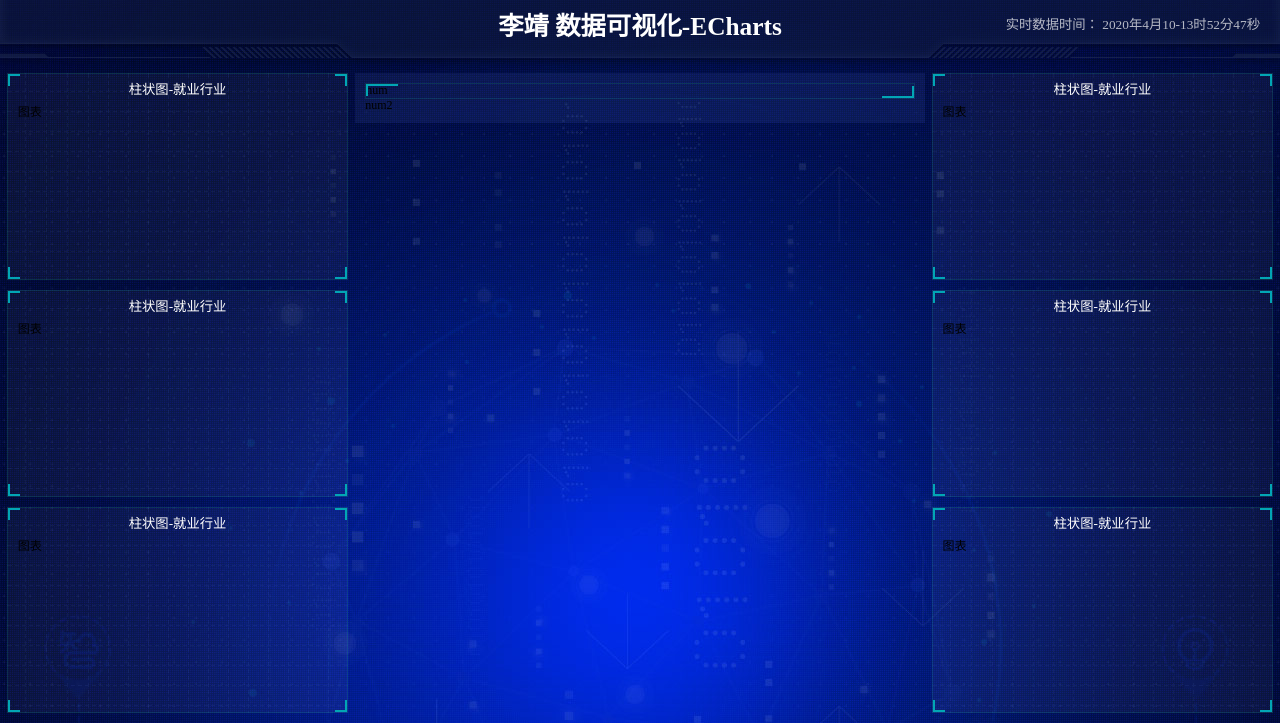
Repository: Jasonlee6789/ECharts
Page: Echarts/index.html
These files come from the project's save history. The page is drawn as it stood at one moment and after the next save; the edit follows.
The browser window is 1280 px wide. The pictures show the whole page.
The style sheet was rebuilt from its Sass, Less or Tailwind sources for each picture, by a compiler version that may differ from the author's.

Above is the page before, as saved 2020-05-21 16:22:03.
Console error: ReferenceError: tme is not defined

### Echarts/index.html
<!DOCTYPE html>
<html lang="en">

<head>
    <meta charset="UTF-8">
    <meta name="viewport" content="width=device-width, initial-scale=1.0">
    <title>ECharts-Jing</title>
    <link rel="stylesheet" href="css/index.css">

</head>

<body>
    <script src="flexible.js"></script>
    <header>
        <h1>李靖 数据可视化-ECharts</h1>
        <div class="showTime"></div>
        <script>
            var t = null;
            t = setTimeout(time, 1000); // start running time
            function time() {
                clearTimeout(t); //清除定时器
                dt = new Date();
                var y = dt.getFullYear();
                var mt = dt.getMonth() + 1;
                var day = dt.getDate();
                var h = dt.getHours();
                var m = dt.getMinutes();
                var s = dt.getSeconds();
                document.querySelector(".showTime").innerHTML = "实时数据时间： " + y + "年" + mt + "月" +
                    day + "-" + h + "时" + m + "分" + s + "秒";
                t = setTimeout(tme, 1000); //设置定时器，循环运行
            }
        </script>
    </header>
    <div class="mainbox">
        <div class="column">
            <div class="panel bar">
                <h2>柱状图-就业行业</h2>
                <div class="chart">图表</div>
                <div class="panel-footer"></div>
            </div>
            <div class="panel line">
                <h2>柱状图-就业行业</h2>
                <div class="chart">图表</div>
                <div class="panel-footer"></div>
            </div>
            <div class="panel pie">
                <h2>柱状图-就业行业</h2>
                <div class="chart">图表</div>
                <div class="panel-footer"></div>
            </div>
        </div>

        <div class="column">
            <!-- num模块制作 -->
            <div class="no">
                <div class="no-hd">
                    num
                </div>
                <div class="no-bd">
                    num2
                </div>
            </div>
        </div>

        <div class="column">
            <div class="panel bar">
                <h2>柱状图-就业行业</h2>
                <div class="chart">图表</div>
                <div class="panel-footer"></div>
            </div>
            <div class="panel line">
                <h2>柱状图-就业行业</h2>
                <div class="chart">图表</div>
                <div class="panel-footer"></div>
            </div>
            <div class="panel pie">
                <h2>柱状图-就业行业</h2>
                <div class="chart">图表</div>
                <div class="panel-footer"></div>
            </div>
        </div>
    </div>


</body>

</html>

### Echarts/js/flexible.js
(function flexible(window, document) {
    var docEl = document.documentElement;
    var dpr = window.devicePixelRatio || 1;

    // adjust body font size
    function setBodyFontSize() {
        if (document.body) {
            document.body.style.fontSize = 12 * dpr + "px";
        } else {
            document.addEventListener("DOMContentLoaded", setBodyFontSize);
        }
    }
    setBodyFontSize();

    // set 1rem = viewWidth / 10 （默认屏幕划分10等份 1920/24=80）
    function setRemUnit() {
        var rem = docEl.clientWidth / 24;
        docEl.style.fontSize = rem + "px";
    }

    setRemUnit();

    // reset rem unit on page resize
    window.addEventListener("resize", setRemUnit);
    window.addEventListener("pageshow", function (e) {
        if (e.persisted) {
            setRemUnit();
        }
    });

    // detect 0.5px supports
    if (dpr >= 2) {
        var fakeBody = document.createElement("body");
        var testElement = document.createElement("div");
        testElement.style.border = ".5px solid transparent";
        fakeBody.appendChild(testElement);
        docEl.appendChild(fakeBody);
        if (testElement.offsetHeight === 1) {
            docEl.classList.add("hairlines");
        }
        docEl.removeChild(fakeBody);
    }
})(window, document);

### Echarts/css/index.less
// css 初始化
* {
    margin: 0;
    padding: 0;
    box-sizing: border-box;
}

.box {
    width: 1rem;
    height: 1rem;
    background-color: pink;
}

// li {
//     list-style: none;
// }

// /* 声明字体*/
// @font-face {
//     font-family: electronicFont;
//     src: url(../font/DS-DIGIT.TTF);
// }

body {
    background: url(../images/bg.jpg) no-repeat top center;
    line-height: 1.15;
}

header {
    position: relative;
    height: 1.25rem;
    background: url(../images/head_bg.png) no-repeat;
    background-size: 100% 100%;

    h1 {
        font-size: 0.475rem;
        color: #fff;
        text-align: center;
        line-height: 1rem;
    }

    .showTime {
        position: absolute;
        right: 0.375rem;
        top: 0;
        line-height: 0.9375rem;
        color: rgba(255, 255, 255, 0.7);
        font-size: 0.25rem;
    }
}

// 页面主体盒子
.mainbox {
    display: flex;
    min-width: 1024px; //最小宽度，不变了到这
    max-width: 1920px;
    margin: 0 auto;
    padding: 0.125rem 0.125rem 0;

    .column {
        flex: 3;
    }

    .column:nth-child(2) {
        flex: 5;
        margin: 0 0.125rem 0.1875rem;
        overflow: hidden;
    }

    .panel {
        position: relative;
        height: 3.875rem;
        padding: 0 0.1875rem 0.5rem;
        border: 1px solid rgba(25, 186, 139, 0.17);
        margin-bottom: 0.1875rem;
        background: url(../images/line\(1\).png) rgba(255, 255, 255, 0.04);

        &::before {
            position: absolute;
            top: 0;
            left: 0;
            width: 10px;
            height: 10px;
            border-left: 2px solid #02a6b5;
            border-top: 2px solid #02a6b5;
            content: "";
        }

        &::after {
            position: absolute;
            top: 0;
            right: 0;
            width: 10px;
            height: 10px;
            border-right: 2px solid #02a6b5;
            border-top: 2px solid #02a6b5;
            content: "";
        }

        .panel-footer {
            position: absolute;
            bottom: 0;
            left: 0;
            width: 100%;

            &::before {
                position: absolute;
                left: 0;
                bottom: 0;
                width: 10px;
                height: 10px;
                border-left: 2px solid #02a6b5;
                border-bottom: 2px solid #02a6b5;
                content: "";
            }

            &::after {
                position: absolute;
                bottom: 0;
                right: 0;
                width: 10px;
                height: 10px;
                border-right: 2px solid #02a6b5;
                border-bottom: 2px solid #02a6b5;
                content: "";
            }
        }

        h2 {
            height: 0.6rem;
            color: #fff;
            line-height: 0.6rem;
            text-align: center;
            font-size: 0.25rem;
            font-weight: 400;

            a {
                color: #fff;
                text-decoration: none;
                margin: 0 0.125rem;
            }
        }

        .chart {
            height: 3rem;
        }
    }


    // no数字模块
    .no {
        background: rgba(101, 132, 226, 0.1);
        padding: 0.1875rem;

        .no-hd {
            position: relative;
            border: 1px solid rgba(25, 186, 139, 0.17);

            &::before {
                position: absolute;
                top: 0;
                left: 0;
                content: "";
                width: 30px;
                height: 10px;
                border-top: 2px solid #02a6b5;
                border-left: 2px solid #02a6b5;
            }

            &::after {
                position: absolute;
                bottom: 0;
                right: 0;
                content: "";
                width: 30px;
                height: 10px;
                border-right: 2px solid #02a6b5;
                border-bottom: 2px solid #02a6b5;
            }

            ul {
                display: flex;

                li {
                    position: relative;
                    flex: 1;
                    line-height: 1rem;
                    font-size: 0.875rem;
                    color: #ffeb7b;
                    text-align: center;
                    font-family: "electronicFont";

                    &::after {
                        content: "";
                        position: absolute;
                        top: 25%;
                        right: 0;
                        height: 50%;
                        width: 1px;
                        background: rgba(255, 255, 255, 0.2);
                    }
                }
            }
        }

        .no-bd {
            ul {
                display: flex;

                li {
                    flex: 1;
                    text-align: center;
                    color: rgba(255, 255, 255, 0.7);
                    font-size: 0.225rem;
                    height: 0.5rem;
                    line-height: 0.5rem;
                    padding-top: 0.125rem;
                }
            }
        }
    }

    // .map {
    //     position: relative;
    //     height: 10.125rem;

    //     .map1 {
    //         width: 6.475rem;
    //         height: 6.475rem;
    //         position: absolute;
    //         top: 50%;
    //         left: 50%;
    //         transform: translate(-50%, -50%);
    //         background: url(../images/map.png);
    //         background-size: 100% 100%;
    //         opacity: 0.3;
    //     }

    //     .map2 {
    //         position: absolute;
    //         top: 50%;
    //         left: 50%;
    //         transform: translate(-50%, -50%);
    //         width: 8.0375rem;
    //         height: 8.0375rem;
    //         background: url(../images/lbx.png);
    //         animation: rotate1 15s linear infinite;
    //         opacity: 0.6;
    //         background-size: 100% 100%;
    //     }

    //     .map3 {
    //         position: absolute;
    //         top: 50%;
    //         left: 50%;
    //         transform: translate(-50%, -50%);
    //         width: 7.075rem;
    //         height: 7.075rem;
    //         background: url(../images/jt.png);
    //         animation: rotate2 10s linear infinite;
    //         opacity: 0.6;
    //         background-size: 100% 100%;
    //     }

    //     .chart {
    //         position: absolute;
    //         top: 0;
    //         left: 0;
    //         // background-color: pink;
    //         width: 100%;
    //         height: 10.125rem;
    //     }

    //     @keyframes rotate1 {
    //         form {
    //             transform: translate(-50%, -50%) rotate(0deg);
    //         }

    //         to {
    //             transform: translate(-50%, -50%) rotate(360deg);
    //         }
    //     }

    //     @keyframes rotate2 {
    //         form {
    //             transform: translate(-50%, -50%) rotate(0deg);
    //         }

    //         to {
    //             transform: translate(-50%, -50%) rotate(-360deg);
    //         }
    //     }
    // }

    // /* 约束屏幕尺寸 */
    // @media screen and (max-width: 1024px) {
    //     html {
    //         font-size: 42px !important;
    //     }
    // }

    // @media screen and (min-width: 1920px) {
    //     html {
    //         font-size: 80px !important;
    //     }
}

After the next save:
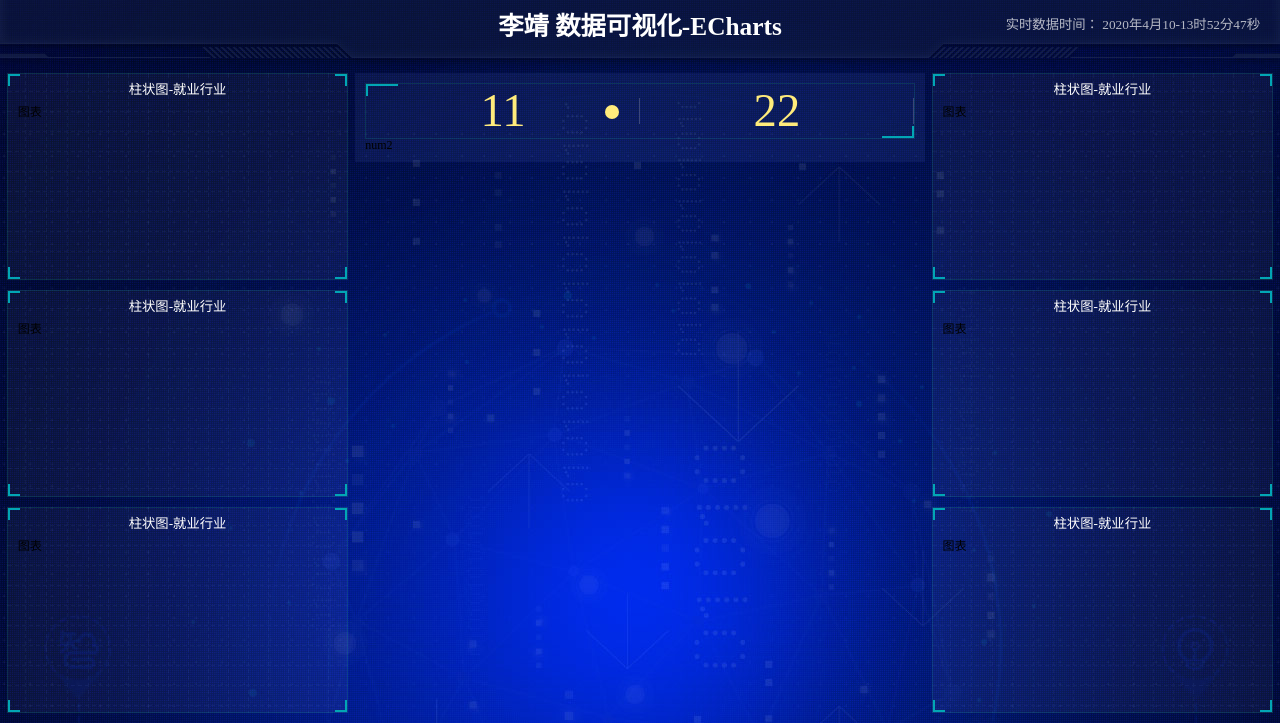
Saved 38 s later.
--- a/Echarts/index.html
+++ b/Echarts/index.html
@@ -55,7 +55,10 @@
             <!-- num模块制作 -->
             <div class="no">
                 <div class="no-hd">
-                    num
+                    <ul>
+                        <li>11</li>
+                        <li>22</li>
+                    </ul>
                 </div>
                 <div class="no-bd">
                     num2
